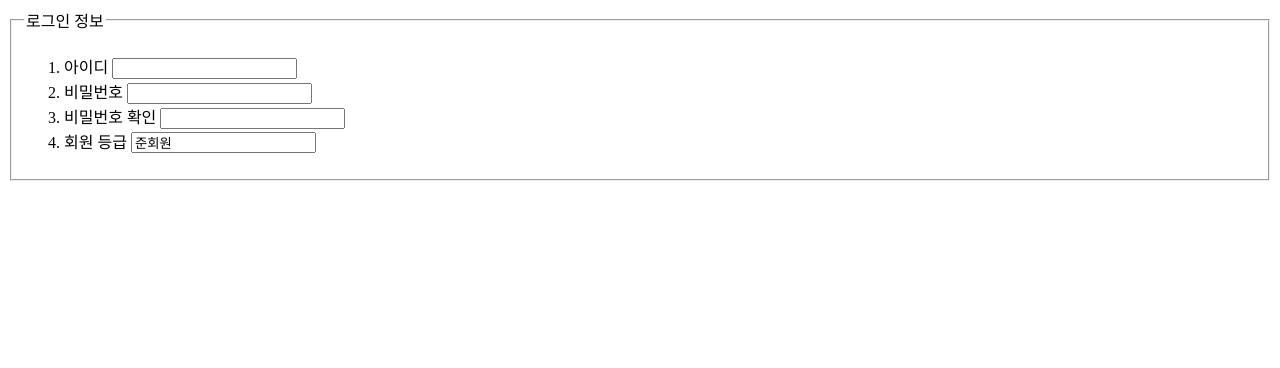
Repository: giwon8701/Qclass_KH
Page: Workspace_Java/testWebProject/test.html
The author's editor kept a copy of each file at every save. The page is drawn from the files as they stood at one save, then again after the next save.
The browser window is 1280 px wide. The pictures show the whole page.

Above is the page before, as saved 2021-01-11 02:10:59.

### Workspace_Java/testWebProject/test.html
<head>
</head><!doctype html>
<html lang="ko">
<head>
<meta charset="UTF-8">
<link href="resources/css/main.css" rel="stylesheet" type="text/css">
</head>

<body>
<form>
	<fieldset>
		<legend>로그인 정보</legend>
		<ol>
			<li>
				<label>아이디</label>
				<input type="text" id="id">
			</li>

			<li>
				<label>비밀번호</label>
				<input type="text" id="pw">
			</li>

			<li>
				<label>비밀번호 확인</label>
				<input type="text" id="pw_confirm">
			</li>

			<li>
				<label>회원 등급</label>
				<input type="text" id="grade" value="준회원">
			</li>
		</ol>
	</fieldset>
</form>
</body>
</html>

### Workspace_Java/testWebProject/WebContent/resources/css/main.css
#navi {
list-style-type: none;
height: 40px;
padding: 0;
margin: 0;
}
#navi li {
float: left;
position: relative;
padding: 0;
line-height: 40px;
background:#600;
}
#navi li a {
display: block;
font-family:"굴림";
font-weight:600;
font-size:14px;
padding: 5px 25px;
color: #fff;
text-decoration: none;
}
#navi li a:hover {
color:#F90;
}
#navi li ul {
opacity: 0;
position: absolute;
left: 0;
width: 180px;
background: #D8AFAF;
list-style-type: none;
padding: 0;
margin: 0;
}
#navi li:hover ul {
opacity: 1;
}
#navi li ul li {
float: none;
position: static;
height: 0;
line-height: 0;
background: none;
}
#navi li:hover ul li {
height: 30px;
line-height: 30px;
padding:5px 0;
}

#navi li ul li a {
background: #D8AFAF;
font-family:"굴림";
font-weight:600;
font-size:14px;
color:#900;
}
#navi li ul li a:hover {background: #900; }
#navi li {
transition: all 0.2s;
-webkit-transition: all 0.2s;
-moz-transition: all 0.2s;
-o-transition: all 0.2s;
}
#navi li a {
transition: all 0.5s;
-webkit-transition: all 0.5s;
-moz-transition: all 0.5s;
-o-transition: all 0.5s;
}
#navi li ul {
transition: all 1s;
-webkit-transition: all 1s;
-moz-transition: all 1s;
-o-transition: all 1s;
}
#navi li ul li {
transition: height 0.5s;
-webkit-transition: height 0.5s;
-moz-transition: height 0.5s;
-o-transition: height 0.5s;
}

After the next save:
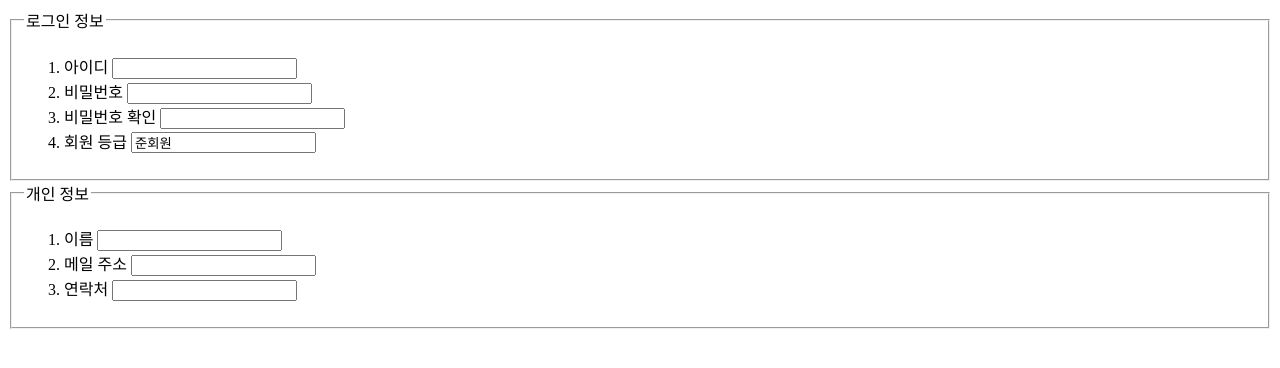
Saved 2 min 6 s later.
--- a/Workspace_Java/testWebProject/test.html
+++ b/Workspace_Java/testWebProject/test.html
@@ -32,6 +32,26 @@
 			</li>
 		</ol>
 	</fieldset>
+
+	<fieldset>
+		<legend>개인 정보</legend>
+		<ol>
+			<li>
+				<label>이름</label>
+				<input type="text" name="name">
+			</li>
+
+			<li>
+				<label>메일 주소</label>
+				<input type="text" id="email">
+			</li>
+
+			<li>
+				<label>연락처</label>
+				<input type="text" id="phone_number">
+			</li>
+		</ol>
+	</fieldset>
 </form>
 </body>
 </html>
